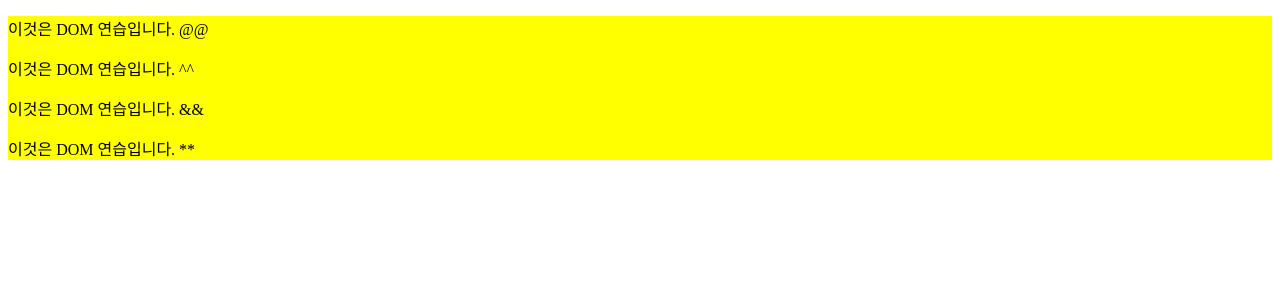
Repository: ady0099/webstudy
Page: 03_javascript/src/main/webapp/day03/ex10_DOM.html
An editor plug-in stored every save of this project. The page is shown before and after the next save, followed by the edit.
The browser window is 1280 px wide. The pictures show the whole page.

Above is the page before, as saved 2023-06-29 06:37:40.

### 03_javascript/src/main/webapp/day03/ex10_DOM.html
<!DOCTYPE html>
<html>
	<head>
		<meta charset="UTF-8">
		<title>Insert title here</title>
		<style>
			#myBox{
				background-color: yellow;
			}
		</style>
	</head>
	<body>
		<div id="myBox">
			<p id="p1">이것은 DOM 연습입니다. @@</p>
			<p id="p2">이것은 DOM 연습입니다. ^^</p>
		</div>
		<script type="text/javascript">
			// html 요소 추가 및 삭제
			// document.createElement(element) 	: element 태그생성
			// document.createTextNode(text)	: text 생성
			// document.appendChild(element)	: 자식요소 추가
			// .append(element)					: 요소 추가
			// document.removeChild(element)	: 자식 요소 삭제
			// .remove(element)					: 요소 삭제

			var p = document.createElement("p");	// p태그 생성
			var p_txt = document.createTextNode("이것은 DOM 연습입니다. **");

			// 생성된 글자가 새로 만든 p태그 안에 들어가게 하자.
			p.appendChild(p_txt);

			var div = document.getElementById("myBox");
			div.appendChild(p);


			var p2 = document.createElement("p");	// p태그 생성
			var p2_txt = document.createTextNode("이것은 DOM 연습입니다. &&");
			p2.appendChild(p2_txt);

			div.insertBefore(p2, p);
		</script>
	</body>
</html>

After the next save:
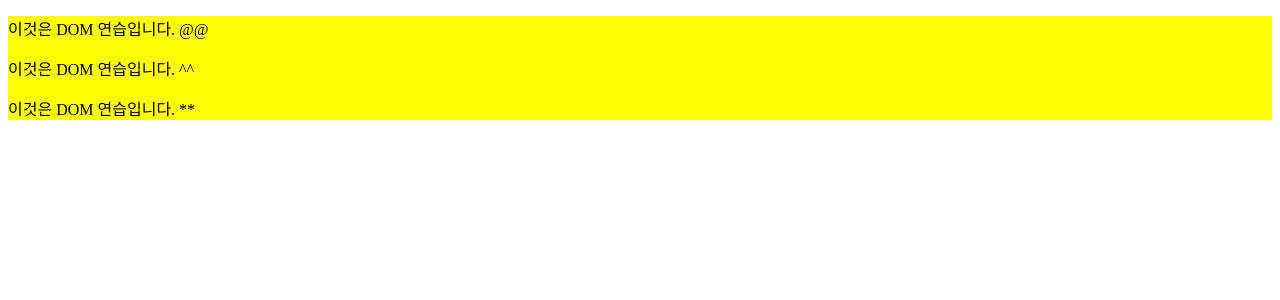
Console error (its wording comes from the project's code and is left out).
Saved 43 s later.
--- a/03_javascript/src/main/webapp/day03/ex10_DOM.html
+++ b/03_javascript/src/main/webapp/day03/ex10_DOM.html
@@ -37,7 +37,7 @@
 			var p2_txt = document.createTextNode("이것은 DOM 연습입니다. &&");
 			p2.appendChild(p2_txt);
 
-			div.insertBefore(p2, p);
+			div.insertBefore(p, p2);
 		</script>
 	</body>
 </html>

After the 2 saves that followed:
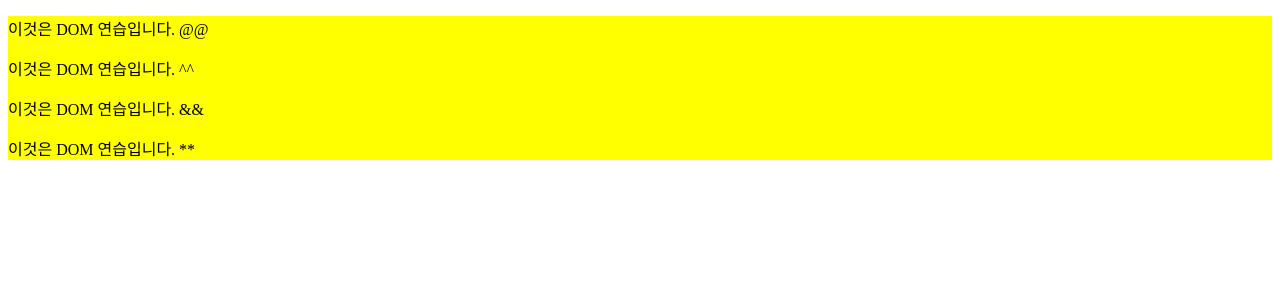
The error is gone.
The 2 saves are shown as one change because 1 left the picture as it was.
The last was saved 24 s later.
--- a/03_javascript/src/main/webapp/day03/ex10_DOM.html
+++ b/03_javascript/src/main/webapp/day03/ex10_DOM.html
@@ -37,7 +37,7 @@
 			var p2_txt = document.createTextNode("이것은 DOM 연습입니다. &&");
 			p2.appendChild(p2_txt);
 
-			div.insertBefore(p, p2);
+			div.insertBefore(p2, p);
 		</script>
 	</body>
 </html>
